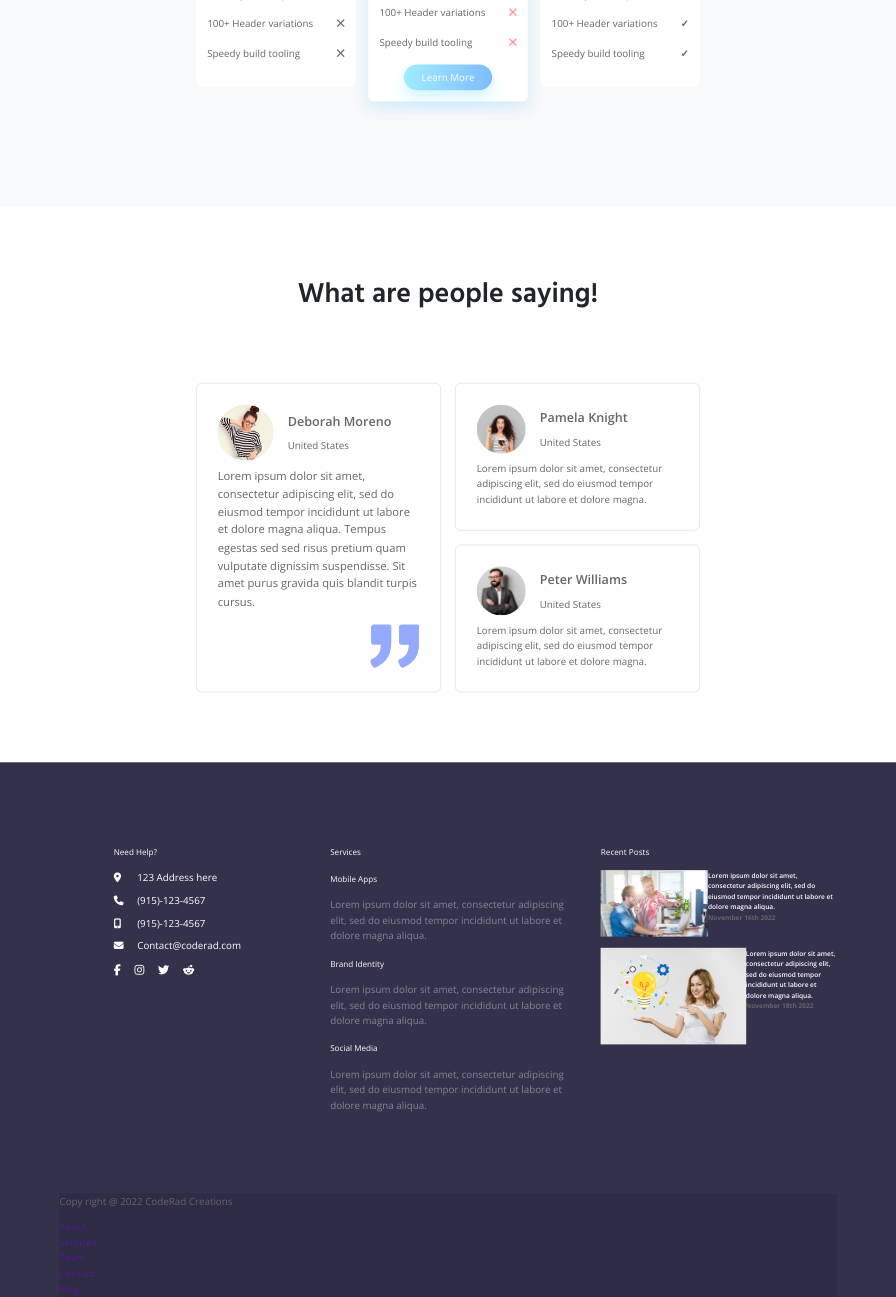
Repository: Sc-Juju/CodeRad
Page: index.html
These files come from the project's save history. The page is drawn as it stood at one moment and after the next save; the edit follows.
The browser window is 1280 px wide. The pictures show the part of the page from y = 3020 to 4940 px (the page is 4873 px tall before and 4940 px after), at 70% of full size.
Some web libraries are served in a nearby version.

Above is the page before, as saved 2022-11-16 13:56:00.

### index.html
<!DOCTYPE html>
<html>
	<head>
		<meta charset="utf-8" />
		<meta http-equiv="X-UA-Compatible" content="IE=edge" />
		<title>CodeRad</title>
		<meta name="description" content="" />
		<meta name="viewport" content="width=device-width, initial-scale=1" />

		<script
			src="https://kit.fontawesome.com/020fb16134.js"
			crossorigin="anonymous"
		></script>

		<link
			href="https://fonts.googleapis.com/css2?family=Open+Sans:wght@300;400;600;700&display=swap"
			rel="stylesheet"
		/>
		<link
			href="https://fonts.googleapis.com/css2?family=Hind:wght@300;400;500;600;700&display=swap"
			rel="stylesheet"
		/>

		<link rel="stylesheet" href="./css/default.css" />
		<link rel="stylesheet" href="./css/styles.css" />
		<link rel="stylesheet" href="./css/responsive.css" />
	</head>
	<body>
		<nav class="navbar nav">
			<div class="container">
				<button
					class="navbar-toggler"
					aria-expanded="false"
					aria-controls="navbarDropdown"
				>
					<span>&#9776;</span>
				</button>
				<a class="navbar-brand" href="index.html">CodeRad</a>
				<ul class="navbar-nav">
					<li class="nav-link">
						<a href="#">Home</a>
					</li>

					<li class="nav-link">
						<a href="#">Blog</a>
					</li>
					<li class="nav-link">
						<a href="#">Portfolio</a>
					</li>
					<li class="nav-link">
						<a href="#">Contact</a>
					</li>
				</ul>
			</div>
		</nav>

		<header class="bg-header">
			<div class="container">
				<div class="hero-wrapper">
					<h2 class="hero-header">
						Young in our spirits and <br />
						modern look.
					</h2>
					<a class="btn btn-white" href="#">Learn more</a>
				</div>
			</div>
		</header>
		<!--Why me-->
		<section>
			<div class="container why-me-wrapper">
				<div class="block-text">
					<span>Why choose me</span>
					<h2>
						Meeting Your Needs <br />
						In Website Building
					</h2>
					<p>
						Lorem ipsum dolor sit amet, consectetur adipiscing elit,
						sed do eiusmod tempor incididunt ut labore et dolore
						magna aliqua.
					</p>
					<a href="" class="btn btn-primary">Learn More</a>
				</div>
				<div>
					<img src="./CodeRad-assets/image2.svg" alt="Icon Chart" />
				</div>
			</div>
		</section>
		<!--Services-->
		<section class="bg-contrast">
			<div class="container service-grid">
				<div class="service-card">
					<span class="bg-color-1"></span>
					<div>
						<h3>Branding</h3>
						<p>
							Lorem ipsum dolor sit amet, consectetur adipiscing
							elit, sed do eiusmod tempor incididunt ut labore et
							dolore magna aliqua. Ut morbi tincidunt augue
							interdum velit euismod in pellentesque. Congue
							mauris rhoncus aenean vel.
						</p>
					</div>
				</div>
				<div class="service-card">
					<span class="bg-color-2"></span>
					<div>
						<h3>Design & UX</h3>
						<p>
							Lorem ipsum dolor sit amet, consectetur adipiscing
							elit, sed do eiusmod tempor incididunt ut labore et
							dolore magna aliqua. Ut morbi tincidunt augue
							interdum velit euismod in pellentesque. Congue
							mauris rhoncus aenean vel.
						</p>
					</div>
				</div>
				<div class="service-card">
					<span class="bg-color-3"></span>
					<div>
						<h3>Development</h3>
						<p>
							Lorem ipsum dolor sit amet, consectetur adipiscing
							elit, sed do eiusmod tempor incididunt ut labore et
							dolore magna aliqua. Ut morbi tincidunt augue
							interdum velit euismod in pellentesque. Congue
							mauris rhoncus aenean vel.
						</p>
					</div>
				</div>
				<div class="service-card">
					<span class="bg-color-4"></span>
					<div>
						<h3>User analysis</h3>
						<p>
							Lorem ipsum dolor sit amet, consectetur adipiscing
							elit, sed do eiusmod tempor incididunt ut labore et
							dolore magna aliqua. Ut morbi tincidunt augue
							interdum velit euismod in pellentesque. Congue
							mauris rhoncus aenean vel.
						</p>
					</div>
				</div>
				<div class="service-card">
					<span class="bg-color-5"></span>
					<div>
						<h3>UX Research</h3>
						<p>
							Lorem ipsum dolor sit amet, consectetur adipiscing
							elit, sed do eiusmod tempor incididunt ut labore et
							dolore magna aliqua. Ut morbi tincidunt augue
							interdum velit euismod in pellentesque. Congue
							mauris rhoncus aenean vel.
						</p>
					</div>
				</div>
				<div class="service-card">
					<span class="bg-color-6"></span>
					<div>
						<h3>SEO Service</h3>
						<p>
							Lorem ipsum dolor sit amet, consectetur adipiscing
							elit, sed do eiusmod tempor incididunt ut labore et
							dolore magna aliqua. Ut morbi tincidunt augue
							interdum velit euismod in pellentesque. Congue
							mauris rhoncus aenean vel.
						</p>
					</div>
				</div>
			</div>
		</section>

		<!--Video Demo-->
		<section class="video-demo">
			<div class="container">
				<div class="block-text">
					<h2>Telling Our Story</h2>
					<p>
						Lorem ipsum dolor sit amet, consectetur adipiscing elit,
						sed do eiusmod tempor <br />
						incididunt ut labore et dolore magna aliqua.
					</p>
				</div>
				<div class="video-box">
					<a href="#" class="video-btn">
						<img
							src="./CodeRad-assets/play.svg"
							alt="Play Video Button"
						/>
					</a>
					<img
						src="./CodeRad-assets/demo-video-thumbnail.jpg"
						alt="Video thumbnail"
					/>
				</div>
			</div>
		</section>

		<!--Pricing plans-->
		<section class="bg-contrast">
			<div class="block-text pricing-header">
				<h2>Choose The Right Package For You!</h2>
				<p>
					Lorem ipsum dolor sit amet, consectetur adipiscing elit, sed
					do eiusmod tempor <br />
					incididunt ut labore et dolore magna aliqua.
				</p>
			</div>
			<div class="pricing-table">
				<div class="price-card">
					<h3>Basic</h3>
					<div class="price">$99.90</div>
					<div class="billed">per month</div>
					<hr />
					<ul>
						<li>
							<span class="title">Community Support</span>
							<span class="icon">&#10003;</span>
						</li>
						<li>
							<span class="title">Flexible simple license</span>
							<span class="icon">&#10003;</span>
						</li>
						<li>
							<span class="title">100+ styled components</span>
							<span class="icon">&#10761;</span>
						</li>
						<li>
							<span class="title">100+ Header variations</span>
							<span class="icon">&#10761;</span>
						</li>
						<li>
							<span class="title">Speedy build tooling</span>
							<span class="icon">&#10761;</span>
						</li>
					</ul>
				</div>

				<div class="price-card featured">
					<h3>Standard</h3>
					<div class="price">$199.90</div>
					<div class="billed">per month</div>
					<hr />
					<ul>
						<li>
							<span class="title">Community Support</span>
							<span class="icon checked">&#10003;</span>
						</li>
						<li>
							<span class="title">Flexible simple license</span>
							<span class="icon checked">&#10003;</span>
						</li>
						<li>
							<span class="title">100+ styled components</span>
							<span class="icon checked">&#10003;</span>
						</li>
						<li>
							<span class="title">100+ Header variations</span>
							<span class="icon times">&#10761;</span>
						</li>
						<li>
							<span class="title">Speedy build tooling</span>
							<span class="icon times">&#10761;</span>
						</li>
						<div class="plan-btn-wrapper">
							<a href="" class="btn btn-primary">Learn More</a>
						</div>
					</ul>
				</div>

				<div class="price-card">
					<h3>Enterprise</h3>
					<div class="price">$499.90</div>
					<div class="billed">per month</div>
					<hr />
					<ul>
						<li>
							<span class="title">Community Support</span>
							<span class="icon">&#10003;</span>
						</li>
						<li>
							<span class="title">Flexible simple license</span>
							<span class="icon">&#10003;</span>
						</li>
						<li>
							<span class="title">100+ styled components</span>
							<span class="icon">&#10003;</span>
						</li>
						<li>
							<span class="title">100+ Header variations</span>
							<span class="icon">&#10003;</span>
						</li>
						<li>
							<span class="title">Speedy build tooling</span>
							<span class="icon">&#10003;</span>
						</li>
					</ul>
				</div>
			</div>
		</section>

		<!--Testimonials-->
		<section class="testimonials">
			<div class="block-text">
				<h2>What are people saying!</h2>
			</div>
			<div class="testimonial-grid">
				<div class="testimonial-card lg">
					<div class="top">
						<img
							src="./CodeRad-assets/1.png"
							alt=""
							class="profile"
						/>
						<div class="top-info">
							<h4>Deborah Moreno</h4>
							<span>United States</span>
						</div>
					</div>
					<div class="bottom">
						<p>
							Lorem ipsum dolor sit amet, consectetur adipiscing
							elit, sed do eiusmod tempor incididunt ut labore et
							dolore magna aliqua. Tempus egestas sed sed risus
							pretium quam vulputate dignissim suspendisse. Sit
							amet purus gravida quis blandit turpis cursus.
						</p>
						<span>
							<img
								src="./CodeRad-assets/quote-colored.svg"
								alt="quote"
								class="quote"
							/>
						</span>
					</div>
				</div>

				<div class="testimonial-card md">
					<div class="top">
						<img
							src="./CodeRad-assets/2.png"
							alt=""
							class="profile"
						/>
						<div class="top-info">
							<h4>Pamela Knight</h4>
							<span>United States</span>
						</div>
					</div>
					<div class="bottom">
						<p>
							Lorem ipsum dolor sit amet, consectetur adipiscing
							elit, sed do eiusmod tempor incididunt ut labore et
							dolore magna.
						</p>
					</div>
				</div>

				<div class="testimonial-card md">
					<div class="top">
						<img
							src="./CodeRad-assets/3.png"
							alt=""
							class="profile"
						/>
						<div class="top-info">
							<h4>Peter Williams</h4>
							<span>United States</span>
						</div>
					</div>
					<div class="bottom">
						<p>
							Lorem ipsum dolor sit amet, consectetur adipiscing
							elit, sed do eiusmod tempor incididunt ut labore et
							dolore magna.
						</p>
					</div>
				</div>
			</div>
		</section>
		<!--Footer-->
		<footer class="bg-footer">
			<div class="container">
				<section class="footer-top">
					<div class="footer-col">
						<h5>Need Help?</h5>
						<div class="contact-info">
							<ul>
								<li>
									<i class="fa-solid fa-location-dot"></i>
									123 Address here
								</li>
								<li>
									<i class="fa-solid fa-phone"></i>
									(915)-123-4567
								</li>
								<li>
									<i
										class="fa-solid fa-mobile-screen-button"
									></i>
									(915)-123-4567
								</li>
								<li>
									<i class="fa-solid fa-envelope"></i>
									Contact@coderad.com
								</li>
							</ul>
						</div>
						<div class="social-icons">
							<ul>
								<li>
									<a href=""
										><i class="fa-brands fa-facebook-f"></i
									></a>
								</li>
								<li>
									<a href=""
										><i class="fa-brands fa-instagram"></i
									></a>
								</li>
								<li>
									<a href=""
										><i class="fa-brands fa-twitter"></i
									></a>
								</li>
								<li>
									<a href=""
										><i
											class="fa-brands fa-reddit-alien"
										></i
									></a>
								</li>
							</ul>
						</div>
					</div>
					<div class="footer-col">
						<h5>Services</h5>
						<div class="services-wrapper">
							<h5>Mobile Apps</h5>
							<p>
								Lorem ipsum dolor sit amet, consectetur
								adipiscing elit, sed do eiusmod tempor
								incididunt ut labore et dolore magna aliqua.
							</p>
						</div>
						<div class="services-wrapper">
							<h5>Brand Identity</h5>
							<p>
								Lorem ipsum dolor sit amet, consectetur
								adipiscing elit, sed do eiusmod tempor
								incididunt ut labore et dolore magna aliqua.
							</p>
						</div>
						<div class="services-wrapper">
							<h5>Social Media</h5>
							<p>
								Lorem ipsum dolor sit amet, consectetur
								adipiscing elit, sed do eiusmod tempor
								incididunt ut labore et dolore magna aliqua.
							</p>
						</div>
					</div>
					<div class="footer-col">
						<h5>Recent Posts</h5>
						<div class="recent-posts">
							<div class="post-img-wrapper">
								<img
									src="./CodeRad-assets/blog1.jpg"
									alt="blog1"
								/>
							</div>
							<div class="post-inner">
								<h6>
									<a href=""
										>Lorem ipsum dolor sit amet, consectetur
										adipiscing elit, sed do eiusmod tempor
										incididunt ut labore et dolore magna
										aliqua.</a
									>
								</h6>
								<h6>November 16th 2022</h6>
							</div>
						</div>
						<div class="recent-posts">
							<div class="post-img-wrapper">
								<img
									src="./CodeRad-assets/blog2.jpg"
									alt="blog2"
								/>
							</div>
							<div class="post-inner">
								<h6>
									<a href=""
										>Lorem ipsum dolor sit amet, consectetur
										adipiscing elit, sed do eiusmod tempor
										incididunt ut labore et dolore magna
										aliqua.</a
									>
								</h6>
								<h6>November 18th 2022</h6>
							</div>
						</div>
					</div>
				</section>
				<section class="footer-bottom">
					<div class="footer-bottom-wrapper">
						<div class="copyright">
							<p>Copy right @ 2022 CodeRad Creations</p>
						</div>
						<div class="footer-bottom-links">
							<ul>
								<li><a href="">About</a></li>
								<li><a href="">Services</a></li>
								<li><a href="">Team</a></li>
								<li><a href="">Contact</a></li>
								<li><a href="">Blog</a></li>
							</ul>
						</div>
					</div>
				</section>
			</div>
		</footer>
	</body>
</html>

### css/default.css
:root{
    --white:#fff;
    --black: #000;
    --font-color-base:#666;
    --font-color-dark:#212529;
    --font-color-light:#b0aebe;
    --font-color-link:#57a6ff;
    --footer:#34314b;
    --footer-base:#2e2b45;
    --contrast:rgba(246, 248, 249, 0.8);
    --success: #64ecf5;
    --danger:#ff8b8d;
    --grad-1:#a1ecff;
    --grad-2:#7dbcff;


    --size-10:0.625rem;
    --size-14:0.875rem;
    --size-16:1rem;
    --size-18:1.125rem;
    --size-20:1.25rem;
    --size-30:1.875rem;
    --size-40:2.5rem;
    --size-50:3.125rem;
    --size-100:6.25rem;
    --size-150:9.375rem;
}
body{
    font-family:"Open Sans", sans-serif;
    font-weight: 400;
    font-size:0.875rem;
    line-height: 1.6;
    letter-spacing: 0;
    color: var(--font-color-base);
    margin:0;
    padding:0;
}
*,
::after,
::before{
    box-sizing: border-box;
}
ul{
    padding:0;
    margin:0;
    list-style: none;
}
a {text-decoration: none;}
p {margin-top:0;}
h2{
    font-size:1.75rem;
    font-weight:500;
    line-height:1.2;
}
img {
    width:100%;
    max-width:100%;
    vertical-align:middle;
    border-style: none;
}
.container{
    width: 100%;
    padding-left:15px;
    padding-right:15px;
    margin-right:auto;
    margin-left:auto;
}

.btn{
    display: inline-block;
    font-weight: 400;
    color: var(--font-color-dark);
    text-align: center;
    cursor: pointer;
    user-select: none;
    background-color: transparent;
    border: 1px solid transparent;
    padding: .375rem .75rem;
    border-radius:1.25rem;
    transition: ease-in-out .3s;
}
.btn-primary{
    background-image: linear-gradient(90deg, var(--grad-1)0%, var(--grad-2)100%);
    border: 1px var(--grad-1);
    box-shadow: 0 10px 20px rgba(161, 236, 255, .5);
    transition: ease-in-out .3s;
    color: var(--white);
    padding: .4375rem 1.5625rem;
}

.btn-white{
    background-color: var(--white);
    color: var(--font-color-link);
    box-shadow: 0px 10px 20px rgba(255, 255, 255, .35);
    padding: .475rem 1.75rem;
}

@media (min-width:1200px){
    .container{ max-width: 1140px; }
}
@media (min-width:768px){
    .pricing-table,
    .testimonial-grid{max-width:720px;}
}

### css/styles.css
.navbar{
    position: fixed;
    top: 0;
    right: 0;
    left: 0;
    z-index: 200;
    transition: ease-in-out .3s;
}
[aria-controls="navbarDropdown"]{
    display:none;
}
.navbar-nav{
    display: flex;
    align-items: center;
}
.navbar .container{
    display: flex;
    align-items: center;
}
.navbar-brand{
    margin-right:auto;
    font-size: 2rem;
    font-weight: 700;
    width: 100%;
    transition: ease-in-out .3s;
    color: var(--white);

}
.bg-header,
.video-demo{
    background-color: var(--footer);
    background-repeat: no-repeat;
    background-size: cover;
    background-position:50% 20%;
    position: relative;
    z-index: 1;
    padding: 4.6875rem 0;
}
.bg-header{background-image: url(../CodeRad-assets/bg-header-1.jpg);}
.video-demo{background-image: url(../CodeRad-assets/bg-demo.jpg);}
.bg-header::before{
    background-image: linear-gradient(30deg,
    rgba(21,27,38, .8)0%,
    rgba(0,0,0,.2)100%);
    position: absolute;
    content:"";
    top: 0;
    left: 0;
    right: 0;
    bottom: 0;
    width: 100%;
    height: 100%;
    z-index: -1;
}
.nav-link a{
    color: var(--white);
    font-size: .8125rem;
    font-weight: 600;
    font-family: "Hind", sans-serif;
    text-transform: uppercase;
    margin-right: 2.5rem;
    line-height: 1.25rem;
}
.hero-header{
    color: var(--white);
}
.why-me-wrapper{
    display: flex;
    align-items: center;
}
.why-me-wrapper div{
    flex: 1;
}
.block-text{
    padding-right: var(--size-50);
}
.block-text span{
    color: var(--font-color-dark);
    font-weight: 300;
}
.block-text h2{
    font-size: var(--size-40);
    font-family: "Hind", sans-serif;
    font-weight: 600;
    color: var(--font-color-dark);
    margin-bottom: var(--size-20);
    line-height: 1.3;
    margin-top: 0.5rem;
}
.bg-contrast{
    background-color: var(--contrast);
    padding: var(--size-150) 0;
    margin: 0 auto;
}
.service-grid{
    display: grid;
    grid-template-columns: repeat(auto-fit,minmax(300px, 1fr));
    gap: var(--size-20);
}
.service-card{
    padding: var(--size-30);
    box-shadow: 0 0 10px rgba(48, 63, 100, .15);
    background: white;
    border-radius: 8px;
}
.service-card span{
    width:4.375rem;
    height: 4.375rem;
    background: green;
    display: block;
    float: left;
    margin-right: 15px;
    border-radius: 50%;
    background: var(--font-color-light);
}
span.bg-color-1 {background-image: linear-gradient(90deg, #9ccdf3 0%, #94aafd 100%);}
span.bg-color-2 {background-image: linear-gradient(90deg, #55edc0 0%, #4bdbdb 100%);}
span.bg-color-3 {background-image: linear-gradient(90deg, #fda498 0%, #f58b9e 100%);}
span.bg-color-4 {background-image: linear-gradient(90deg, #f2a7ca 0%, #c289f4 100%);}
span.bg-color-5 {background-image: linear-gradient(90deg, #ffc187 0%, #fe93a7 100%);}
span.bg-color-6 {background-image: linear-gradient(90deg, #a1ecff 0%, #7dbcff 100%);}

.video-demo{text-align: center;}
.video-demo .block-text{padding-right: 0;}

.video-demo .block-text h2,
.video-demo .block-text p{
    color: var(--white);
}

.video-btn{
    position: absolute;
    top: 50%;
    left: 50%;
    transform: translate(-50%, -50%);
    box-shadow: 0 10px 20px rgba(57, 166, 251, .3);
}
.video-btn img{
    height: var(--size-100);
    width: var(--size-100);
}
.video-box{
    position: relative;
    margin-bottom: -9.375rem;
    z-index: 100;
}
.video-box > img{
    max-width: 600px;
    border-radius: 8px;
}
.block-text.pricing-header{
    text-align: center;
    padding-right: 0;
    margin: var(--size-100) 0;
}
.pricing-table{
    display: grid;
    grid-template-columns: repeat(auto-fit, minmax(215px, 1fr));
    gap: var(--size-18);
    margin: auto;
    align-items: flex-start;
}
.price-card{
    background-color:var(--white);
    border-radius: 8px;
    padding: var(--size-16);
}
.price-card .checked{color: var(--success);}
.price-card .times{color: var(--danger);}

.price-card.featured{
    box-shadow: 0 10px 20px rgba(82,179,255,.2);
    margin-top: -1rem;
}
.price-card h3{
    margin-top: var(--size-40);
    font-size: var(--size-18);
    color: var(--font-color-dark);
    font-weight: 600;
}
.plan-card hr{margin: 2rem 0 1rem;}
.price{
    color: var(--font-color-link);
    font-size: var(--size-30);
    font-weight: 600;
}
.price-card h3,
.price-card .price,
.price-card .billed{text-align: center;}

.price-card li{margin-bottom: var(--size-20);}
.price-card .icon{
    float: right;
    font-weight:600;
}
.plan-btn-wrapper{text-align: center;}

.testimonials{ margin: var(--size-100) 0;}

.testimonial-grid{
    display: grid;
    grid-template-columns: repeat(auto-fit, minmax(300px, 1fr));
    grid-template-rows: 1fr 1fr;
    gap: var(--size-20);
    margin: 0 auto;
}

.testimonials .block-text{
    padding-right: 0;
    text-align: center;
    margin: var(--size-100) 0;
}

.testimonial-card{
    border: 1px solid #dedede;
    border-radius: 8px;
    padding: var(--size-30);
}

.testimonial-card.lg{
    grid-row: 1 / 3;
    grid-column: 1 / 2;
}

.testimonial-card.lg .quote{
    width: 4.375rem;
    float: right;
    margin-top: var(--size-16);
}

.testimonial-card.md .bottom p{ font-size: var(--size-14);}

.testimonial-card .top{
    display:flex;
    align-items: center;
    padding-bottom: var(--size-10);
}

.testimonial-card img.profile{
    width: 4.375rem;
    border-radius: 50%;
    margin-right: var(--size-20);
}

.testimonial-card.lg img.profile{ width: 5rem;}

.top h4{
    margin-top: 0;
    margin-bottom: var(--size-10);
    font-weight: 600;
    font-size: var(--size-18);
}

.bottom p{
    margin: 0;
    font-size: var(--size-16);
    line-height: 1.6;
}

footer.bg-footer{ background-color: var(--footer);}
footer .footer-bottom{ background-color: var(--footer-base);}

footer .footer-top {
    display: grid;
    grid-template-columns: repeat( auto-fit, minmax(250px, 1fr));
    gap: var(--size-50);
    padding: var(--size-100) 0;
}

footer .footer-col{justify-self: center;}

.footer-top h5{
    color: var(--white);
    font-weight: 500;
    margin-bottom: var(--size-16);
}

.contact-info li{
    color: var(--white);
    margin-bottom: var(--size-10);
}

.contact-info li i{ width: var(--size-30);}

.social-icons ul li {
    display: inline-block;
    margin-right: var(--size-16);
}

.social-icons ul li a{
    color: var(--white);
    font-size: var(--size-16);
}

.services-wrapper p { color: #858497;}

.recent-posts{
    display: flex;
    margin-bottom: var(--size-16);
}

.recent-posts .post-wrapper-wrapper{
    width: var(--size-100);
    margin-right: var(--size-10);
}

.post-inner h6{ margin: 0; }

.post-inner h6 a{
    color: var(--white);
    font-weight: 600;
}

.post-inner span{
    color: var(--font-color-light);
    font-size: var(--size-10);
}

Loaded but not shown: css/responsive.css (no copy from this time; the picture is the same without it)

After the next save:
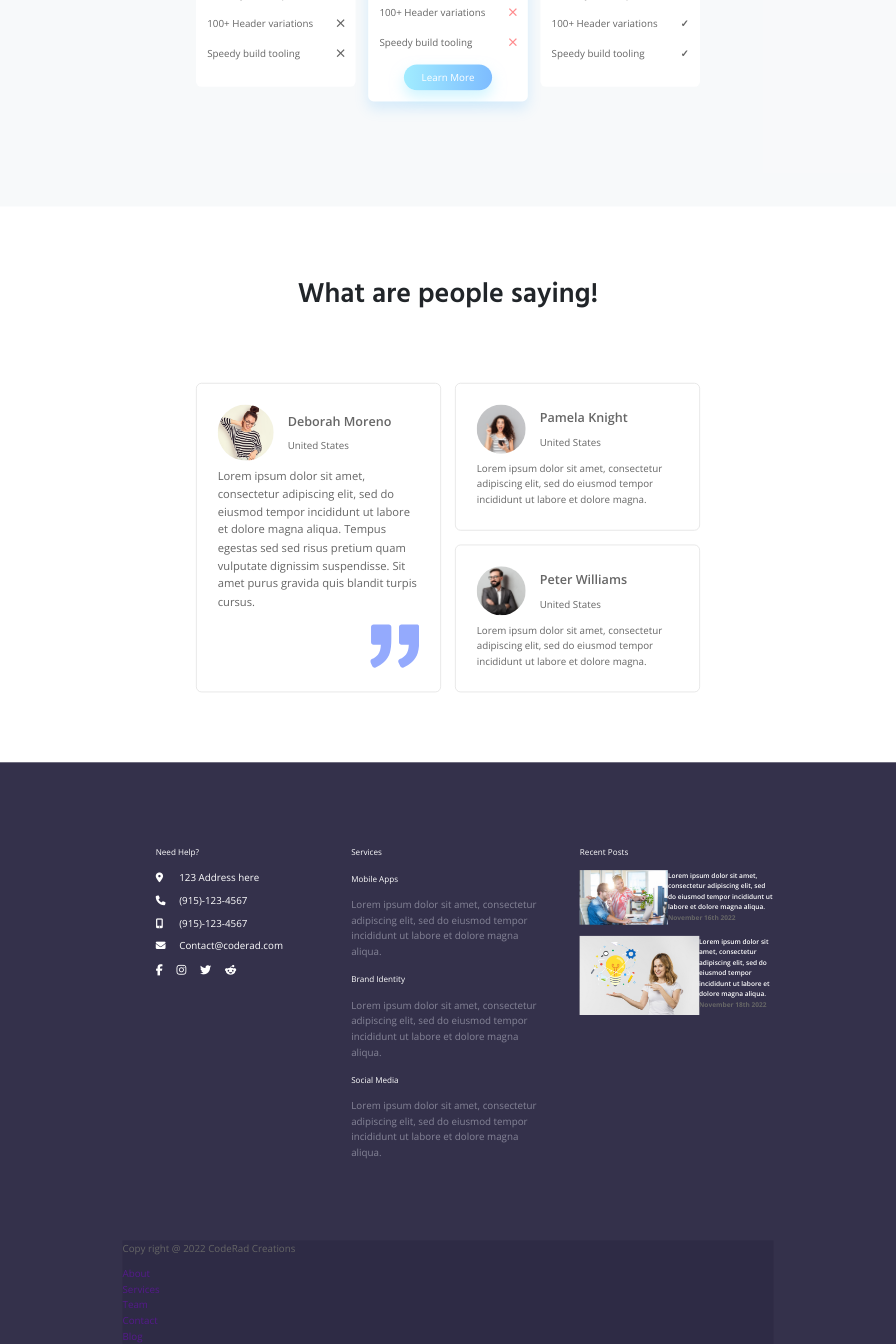
Saved 3 min 8 s later.
--- a/css/default.css
+++ b/css/default.css
@@ -98,6 +98,11 @@ img {
 @media (min-width:1200px){
     .container{ max-width: 1140px; }
 }
+
+@media (min-width:992px){
+    footer .container{ max-width: 960px; }
+}
+
 @media (min-width:768px){
     .pricing-table,
     .testimonial-grid{max-width:720px;}
